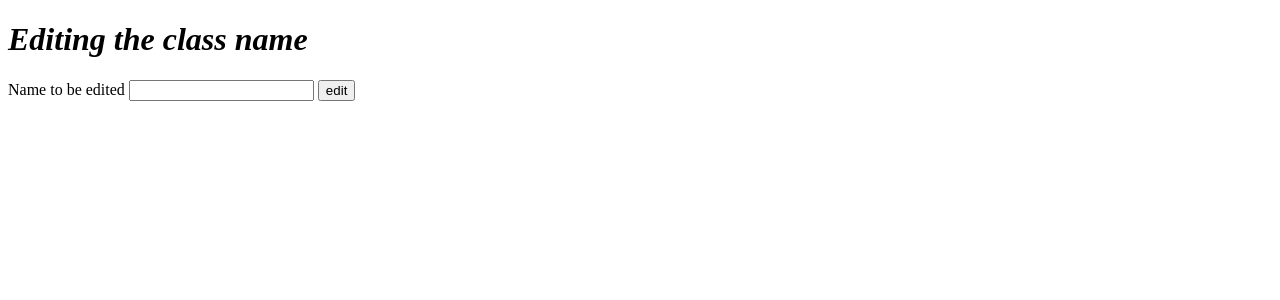
Repository: goswamiyogesh/mymovieplanproject6b
Page: http://localhost/LearnerAcademyProject/editclasses.jsp
The author's editor kept a copy of each file at every save. The page is drawn from the files as they stood at one save, then again after the next save.
The browser window is 1280 px wide. The pictures show the whole page.
The page is served by Tomcat 9. Other server files are loaded and not shown.

Above is the page before, as saved 2022-12-07 22:09:27.

### LearnerAcademyProject/src/main/webapp/editclasses.jsp

<%@ page language="java" contentType="text/html; charset=ISO-8859-1"
    pageEncoding="ISO-8859-1"%>
<!DOCTYPE html>
<html>
<head>
<meta charset="ISO-8859-1">
<title>Insert title here</title>
</head>
<body>
<h1><i>Editing the class name</i></h1>
<form action="editclassescontroller.jsp">

 <%
            String value = request.getParameter("id");

        %>
<input type="hidden" name= value>

Name to be edited <input type="text" name="ClassName">
<input type="submit" value="edit">

</body>
</html>

After the next save:
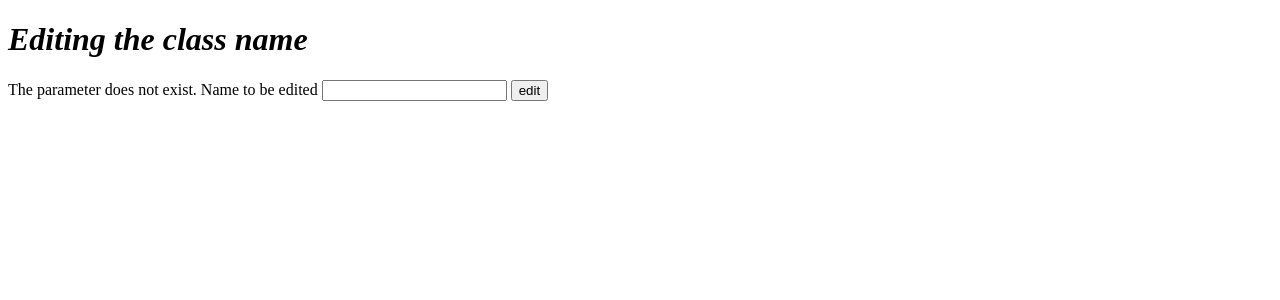
Saved 96 s later.
--- a/LearnerAcademyProject/src/main/webapp/editclasses.jsp
+++ b/LearnerAcademyProject/src/main/webapp/editclasses.jsp
@@ -11,11 +11,15 @@
 <h1><i>Editing the class name</i></h1>
 <form action="editclassescontroller.jsp">
 
- <%
-            String value = request.getParameter("id");
-
+<%
+            String value = request.getParameter("animal");
+            if (value != null) {
+                out.write(value);
+            } else {
+                out.write("The parameter does not exist.");
+            }
         %>
-<input type="hidden" name= value>
+<input type="hidden" name=value>
 
 Name to be edited <input type="text" name="ClassName">
 <input type="submit" value="edit">
